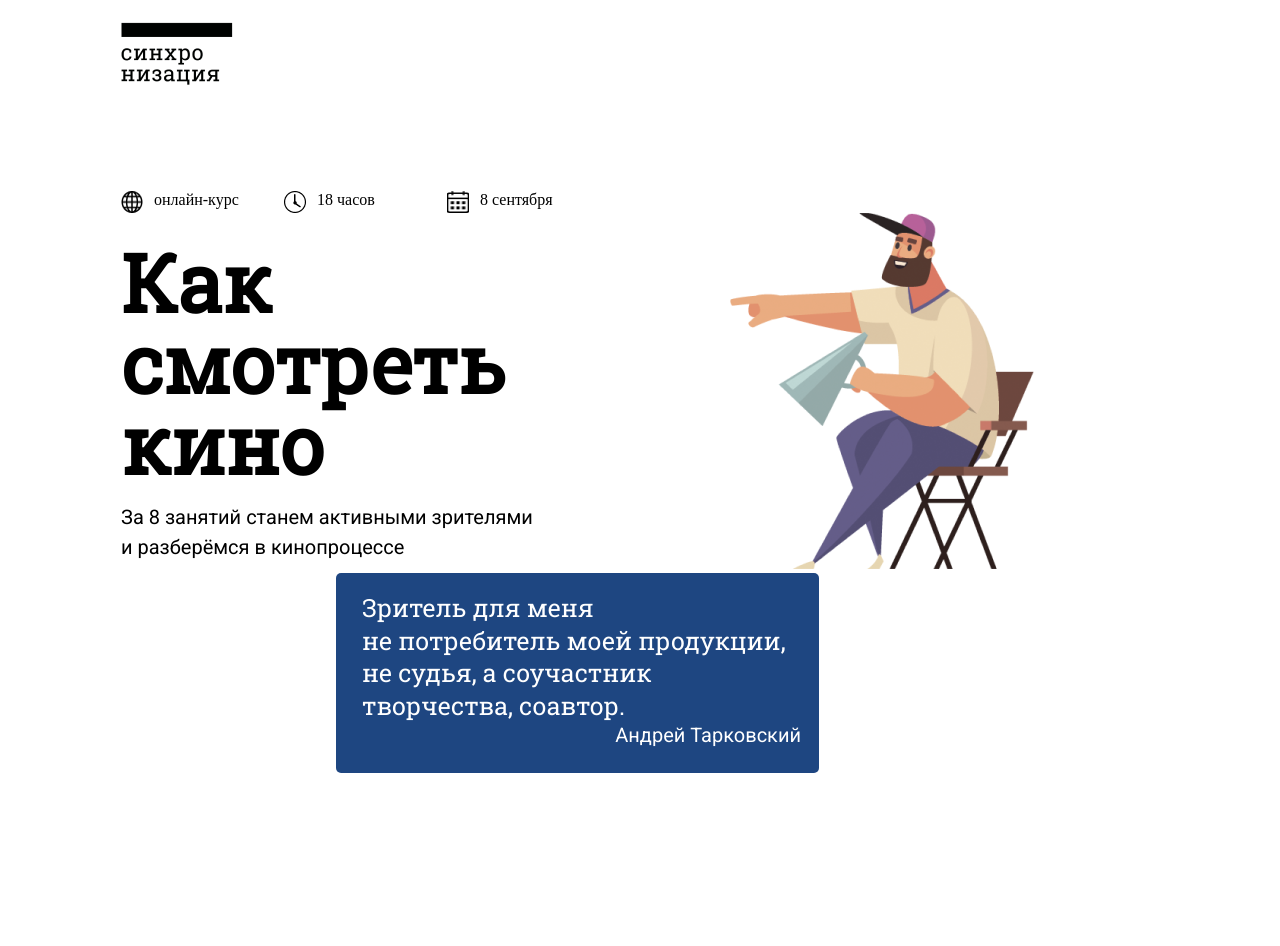
Repository: NatiqSamiyev/fiqma-task-top
Page: index.html
The author's editor kept a copy of each file at every save. The page is drawn from the files as they stood at one save, then again after the next save.
The browser window is 1280 px wide. The pictures show the whole page.

Above is the page before, as saved 2023-08-16 15:28:51.

### index.html
<!DOCTYPE html>
<html lang="en">
  <head>
    <meta charset="UTF-8" />
    <meta name="viewport" content="width=device-width, initial-scale=1.0" />
    <link rel="stylesheet" href="index.css" />
    <title>Document</title>
  </head>
  <body>
    <div class="container">
      <img src="./images/logo_mobile_black 1.png" alt="" />

      <ul>
        <li>
          <img src="./images/globe.png" alt="" />
          <p>онлайн-курс</p>
        </li>

        <li>
          <img src="./images/img_135744.png" alt="" />
          <p>18 часов</p>
        </li>

        <li>
          <img src="./images/calendar_2.png" alt="" />
          <p>8 сентября</p>
        </li>
      </ul>

      <div class="top-container">
        <div class="box-1">
          <h1>Как смотреть кино</h1>
          <br />
          <p>
            За 8 занятий станем активными зрителями<br />
            и разберёмся в кинопроцессе
          </p>
        </div>

        <div class="box-2">
          <img src="./images/noroot 1.png" alt="" />
        </div>
      </div>

      <div class="bottum-container">
        <p>
          Зритель для меня
          <br />не потребитель моей продукции, не судья, а соучастник
          творчества, соавтор.
        </p>

        <h2>Андрей Тарковский</h2>
      </div>
    </div>
  </body>
</html>

### index.css
@import url("https://fonts.googleapis.com/css2?family=Roboto+Slab&family=Roboto:wght@400;700&display=swap");
* {
  margin: 0;
  padding: 0;
  box-sizing: border-box;
}

.container {
  width: 100%;
  padding: 21px 246px 173px 121px;
}

.container ul {
  margin-top: 100px;
  display: flex;
  list-style-type: none;
}

.container ul img {
  width: 22px;
  height: 22px;
}

.container ul li p {
  width: 130px;
  margin-left: 11px;
}

.container ul li {
  display: flex;
  justify-content: space-between;
}

.top-container {
  display: flex;
}

.box-1 {
  width: 628px;
  margin: 29px 0px 0 0;
}

.box-1 h1 {
  color: #000;
  font-family: Roboto Slab;
  font-size: 80px;
  font-style: normal;
  font-weight: 700;
  line-height: 101.385%;
}

.box-1 p {
  color: #000;
  font-family: Roboto;
  font-size: 20px;
  font-style: normal;
  font-weight: 400;
  line-height: 150%;
}

.box-2 {
  margin-left: 140px;
}

.box-2 img {
  width: 304px;
  height: 356px;
}

.bottum-container {
  padding: 19px 18px 0 26px;
  width: 483px;
  height: 200px;
  margin-top: 87px ;
  margin: auto;
  border-radius: 5px;
  background: #1e4681;
}

.bottum-container p {
  color: #fff;
  font-family: Roboto Slab;
  font-size: 25px;
  font-style: normal;
  font-weight: 400;
  line-height: 130%;
}

.bottum-container h2 {
  color: #fff;
  text-align: right;
  font-family: Roboto;
  font-size: 20px;
  font-style: normal;
  font-weight: 400;
  line-height: 130%;
}

After the next save:
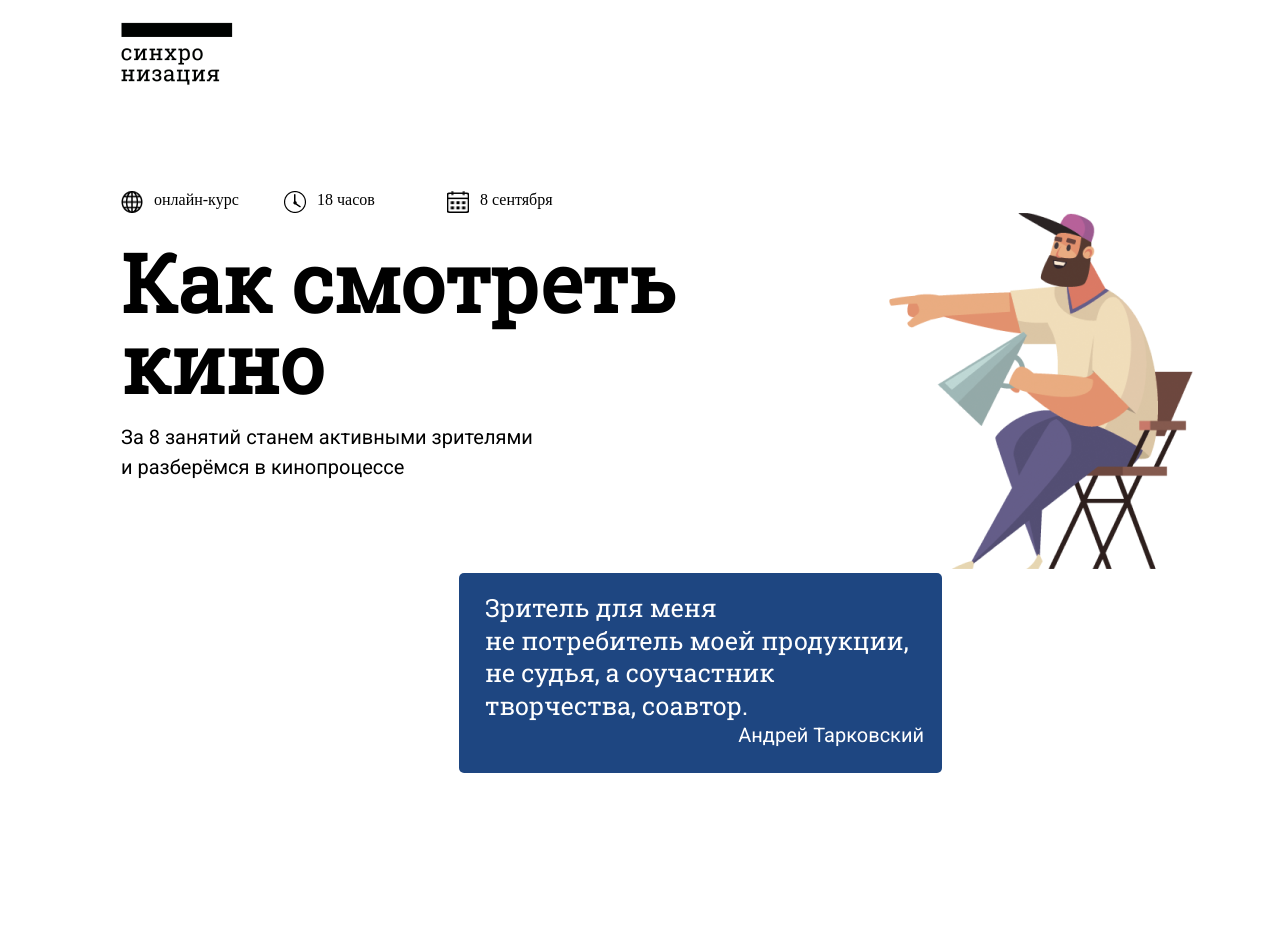
Saved 41 s later.
--- a/index.css
+++ b/index.css
@@ -7,7 +7,7 @@
 
 .container {
   width: 100%;
-  padding: 21px 246px 173px 121px;
+  padding: 21px 0 173px 121px;
 }
 
 .container ul {
